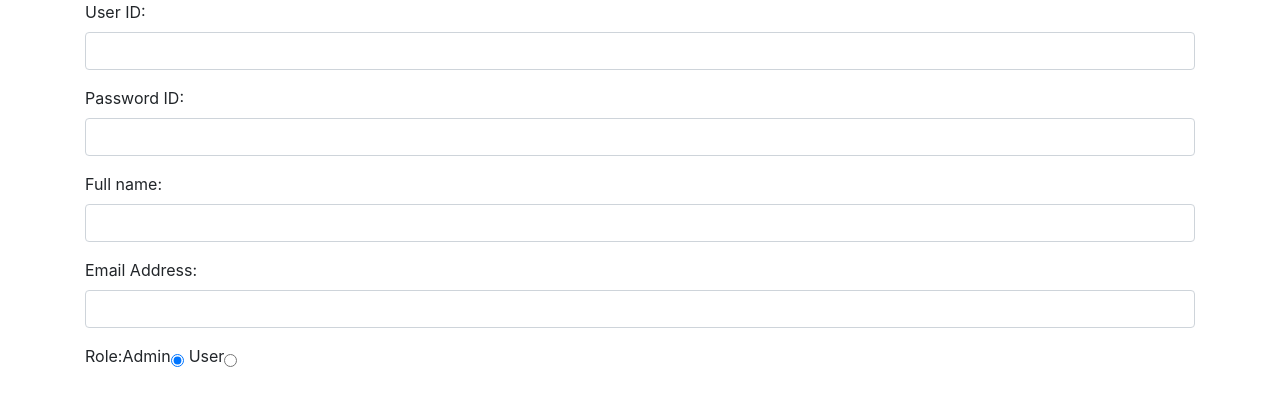
Repository: Hai-Nguyen-21/CRUD_Hibernate
Page: http://localhost/CRUD_Hibernate/user.jsp
An editor plug-in stored every save of this project. The page is shown before and after the next save, followed by the edit.
The browser window is 1280 px wide. The pictures show the whole page.
The page is served by Tomcat 9.

Above is the page before, as saved 2021-09-04 16:49:51.

After the next save:
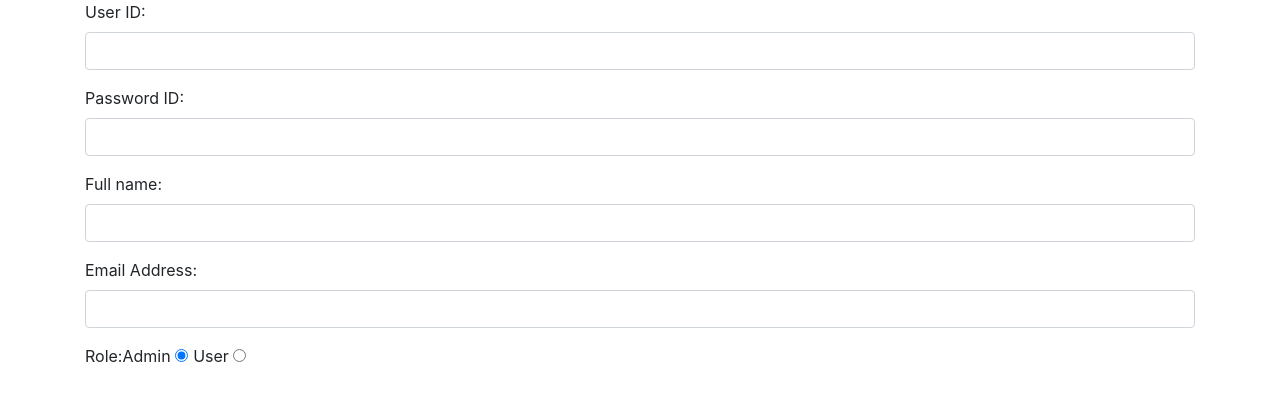
Saved 30 s later.
--- a/CRUD_Hibernate/src/main/webapp/user.jsp
+++ b/CRUD_Hibernate/src/main/webapp/user.jsp
@@ -40,8 +40,8 @@
 					</div>
 					<div class = "form-check form-check-inline">
 						<label> Role: </label>
-						<label >Admin</label> <input type = "radio" name = "admin" id = "admin" class = "form-check-input" checked/>
-						<label >User</label> <input type = "radio" name = "user" id = "user" class = "form-check-input"/>
+						<label >Admin <input type = "radio" name = "admin" id = "admin" class = "form-check-input" checked/></label>
+						<label >User <input type = "radio" name = "user" id = "user" class = "form-check-input"/></label>
 					</div>
 				</form>
 			</div>
